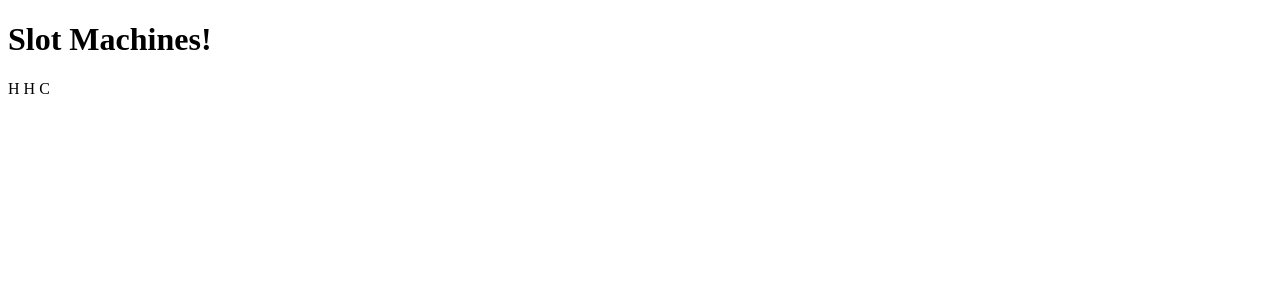
Repository: randy918/colt-react
Page: index.html
An editor plug-in stored every save of this project. The page is shown before and after the next save, followed by the edit.
The browser window is 1280 px wide. The pictures show the whole page.

Above is the page before, as saved 2023-01-30 20:28:34.

After the next save:
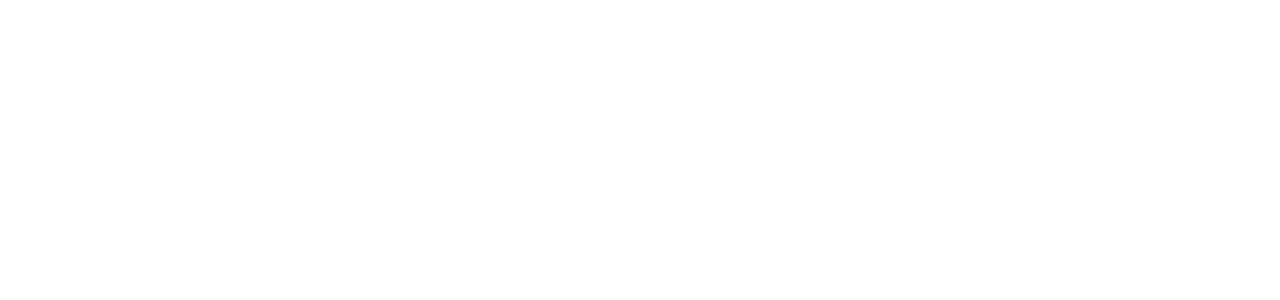
Console error (its wording comes from the project's code and is left out).
Saved 80 s later.
--- a/SlotMachine.js
+++ b/SlotMachine.js
@@ -21,7 +21,7 @@
 
 				<p>{s1} {s2} {s3}</p>
 
-                {/* <h1>{(s1 === s2 && s1 === s3}</h1> */}
+                <h1>{(s1 === s2 && s1 === s3}</h1>
 
 
 			</div>

After the save that followed:
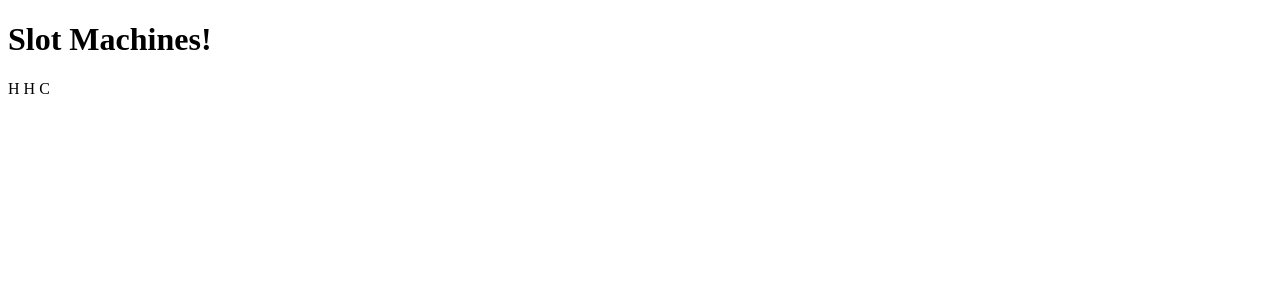
The error is gone.
Saved 18 s later.
--- a/SlotMachine.js
+++ b/SlotMachine.js
@@ -21,7 +21,7 @@
 
 				<p>{s1} {s2} {s3}</p>
 
-                <h1>{(s1 === s2 && s1 === s3}</h1>
+                <h1>{(s1 === s2) && s1 === s3}</h1>
 
 
 			</div>
